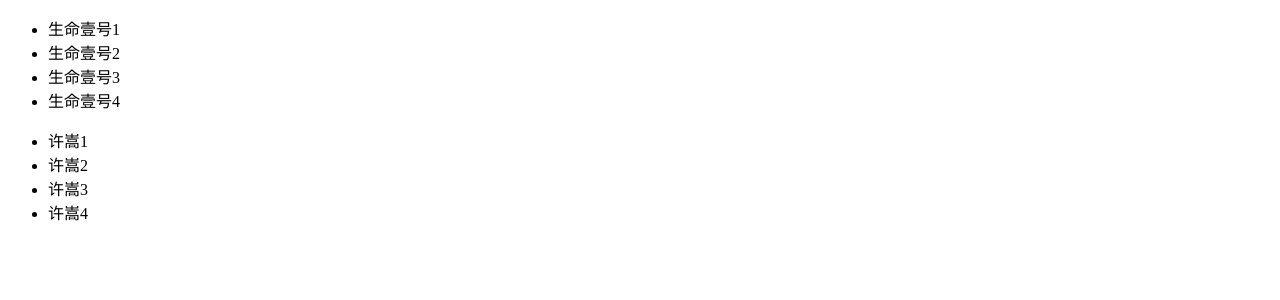
Repository: KaibutsuSama/CodePracticeExample
Page: Html5+Css3/Css3/04.浮动/05.clearboth.html
An editor plug-in stored every save of this project. The page is shown before and after a run of saves, followed by the edit.
The browser window is 1280 px wide. The pictures show the whole page.

Above is the page before, as saved 2023-01-29 23:57:31.

After the next 2 saves:
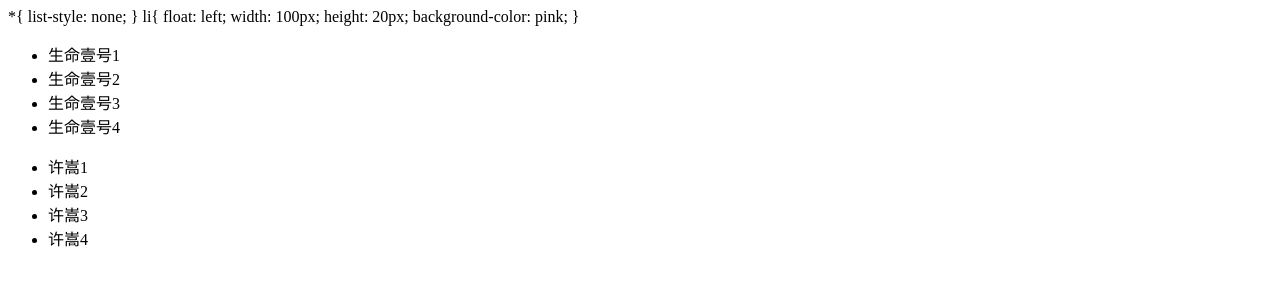
The 2 saves are shown as one change because they came seconds apart.
The last was saved 7 s later.
--- a/Html5+Css3/Css3/04.浮动/05.clearboth.html
+++ b/Html5+Css3/Css3/04.浮动/05.clearboth.html
@@ -5,7 +5,16 @@
     <meta http-equiv="X-UA-Compatible" content="IE=edge">
     <meta name="viewport" content="width=device-width, initial-scale=1.0">
     <title>Document</title>
+    *{
+        list-style: none;
+    }
 
+    li{
+        float: left;
+        width: 100px;
+        height: 20px;
+        background-color: pink;
+    }
 </head>
 <body>
     <div class="box1">
